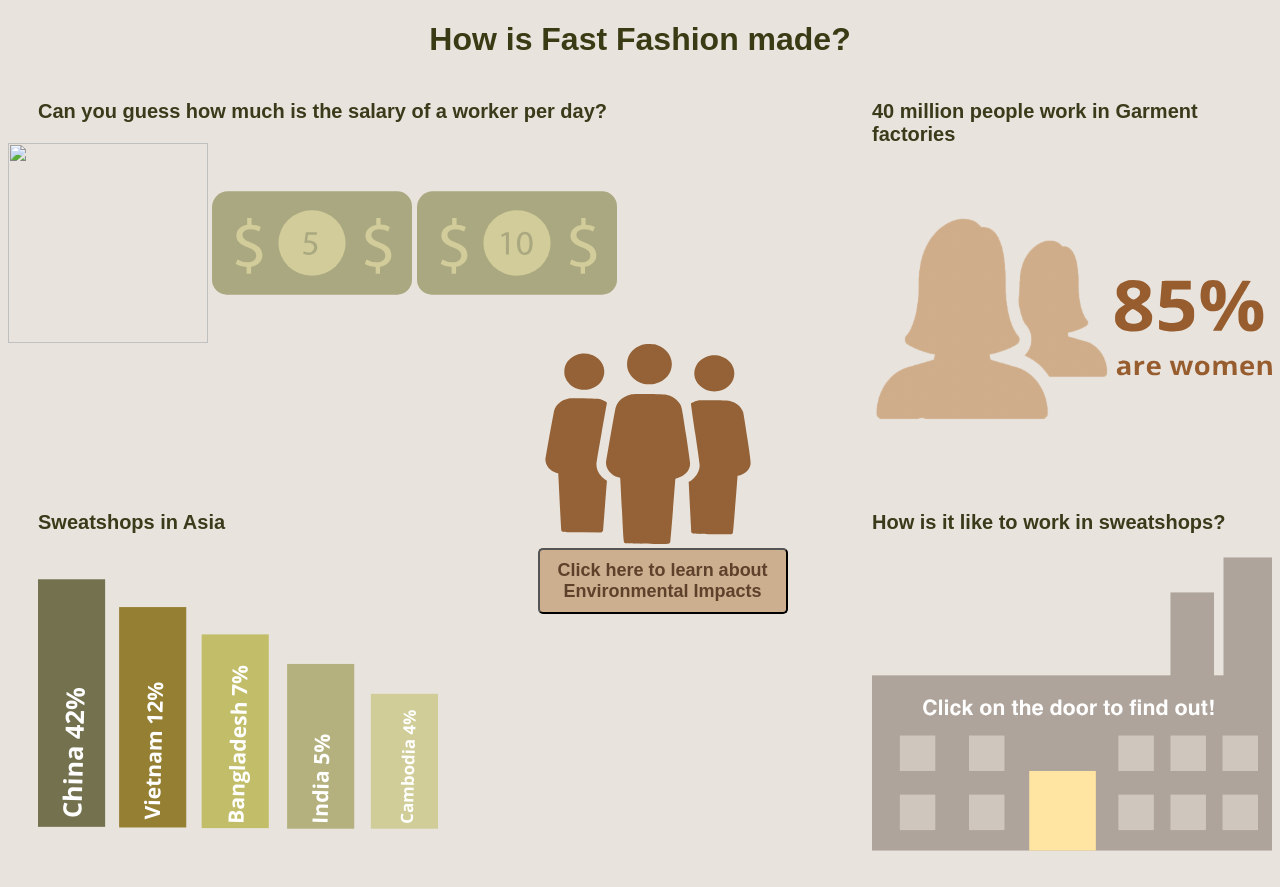
Repository: DevOfHockey/mdia-2190-midterm
Page: fashionlabor.html
An editor plug-in stored every save of this project. The page is shown before and after the next save, followed by the edit.
The browser window is 1280 px wide. The pictures show the whole page.

Above is the page before, as saved 2022-03-06 22:46:53.

After the next save:
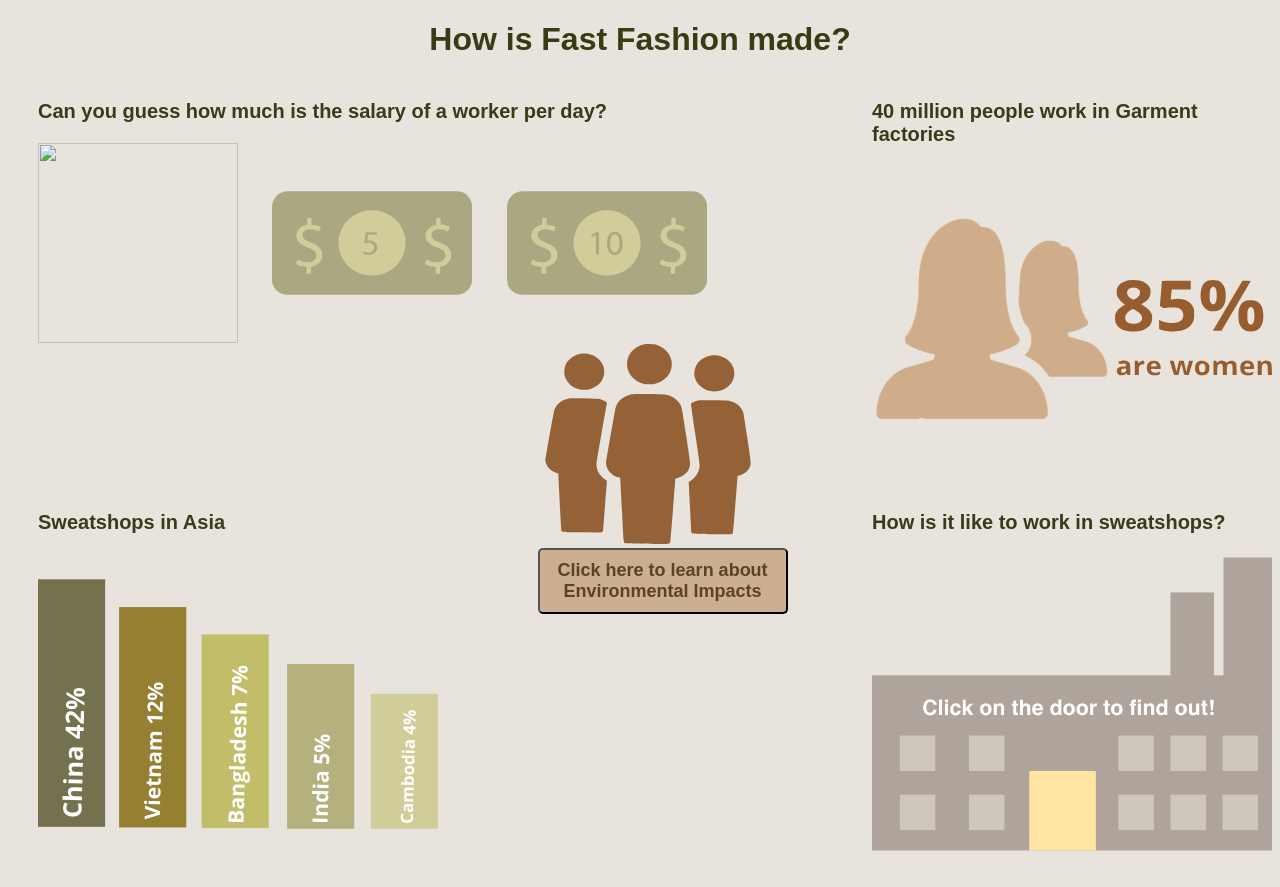
Saved 31 s later.
--- a/comps/salarybox.js
+++ b/comps/salarybox.js
@@ -7,6 +7,7 @@
 img {
     width: 200px;
     height: 200px;
+    margin-left: 30px;
 }
 
 </style>

After the 2 saves that followed:
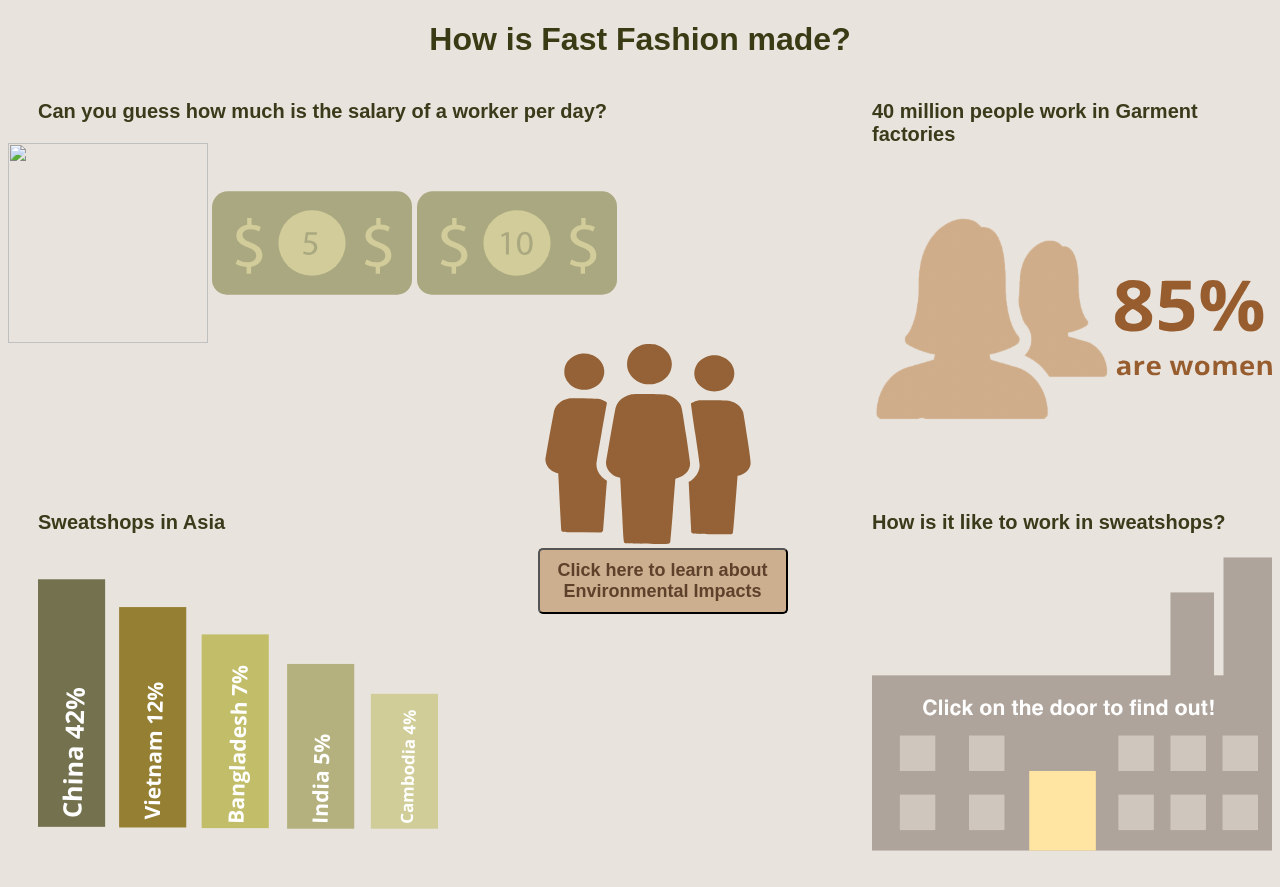
The 2 saves are shown as one change because they came seconds apart.
The last was saved 30 s later.
--- a/comps/salarybox.js
+++ b/comps/salarybox.js
@@ -7,7 +7,6 @@
 img {
     width: 200px;
     height: 200px;
-    margin-left: 30px;
 }
 
 </style>
